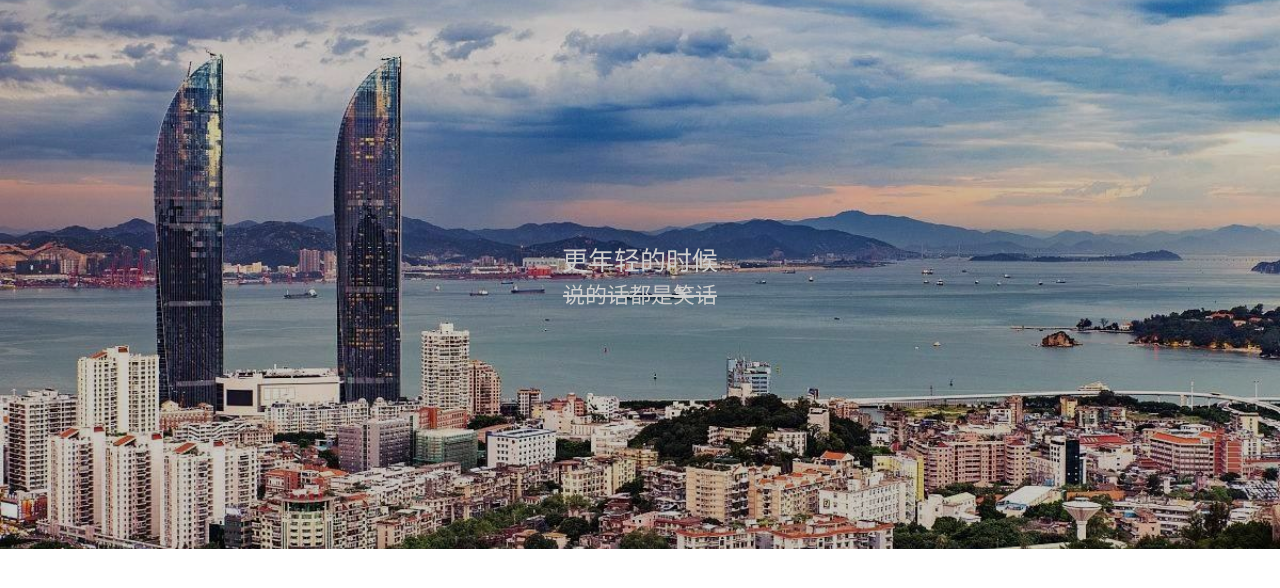
Repository: airsky0605/airsky0605.github.io
Page: index.html
These files come from the project's save history. The page is drawn as it stood at one moment and after the next save; the edit follows.
The browser window is 1280 px wide. The pictures show the whole page.

Above is the page before, as saved 2020-04-09 17:46:26.

After the next save:
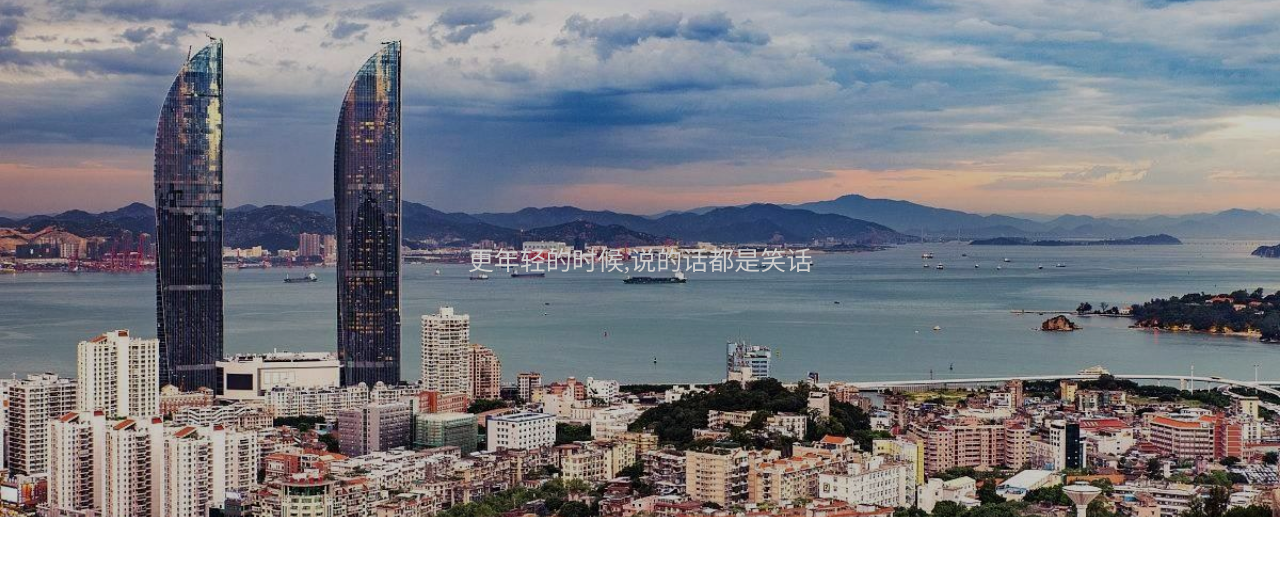
Saved 18 s later.
--- a/index.html
+++ b/index.html
@@ -11,8 +11,7 @@
 <body>
   <div class="banner">
     <div class="inner">
-      <p class="t1">更年轻的时候</p>
-      <p class="t2">说的话都是笑话</p>
+      <p class="t1">更年轻的时候,说的话都是笑话</p>
     </div>
   </div>
 </body>
